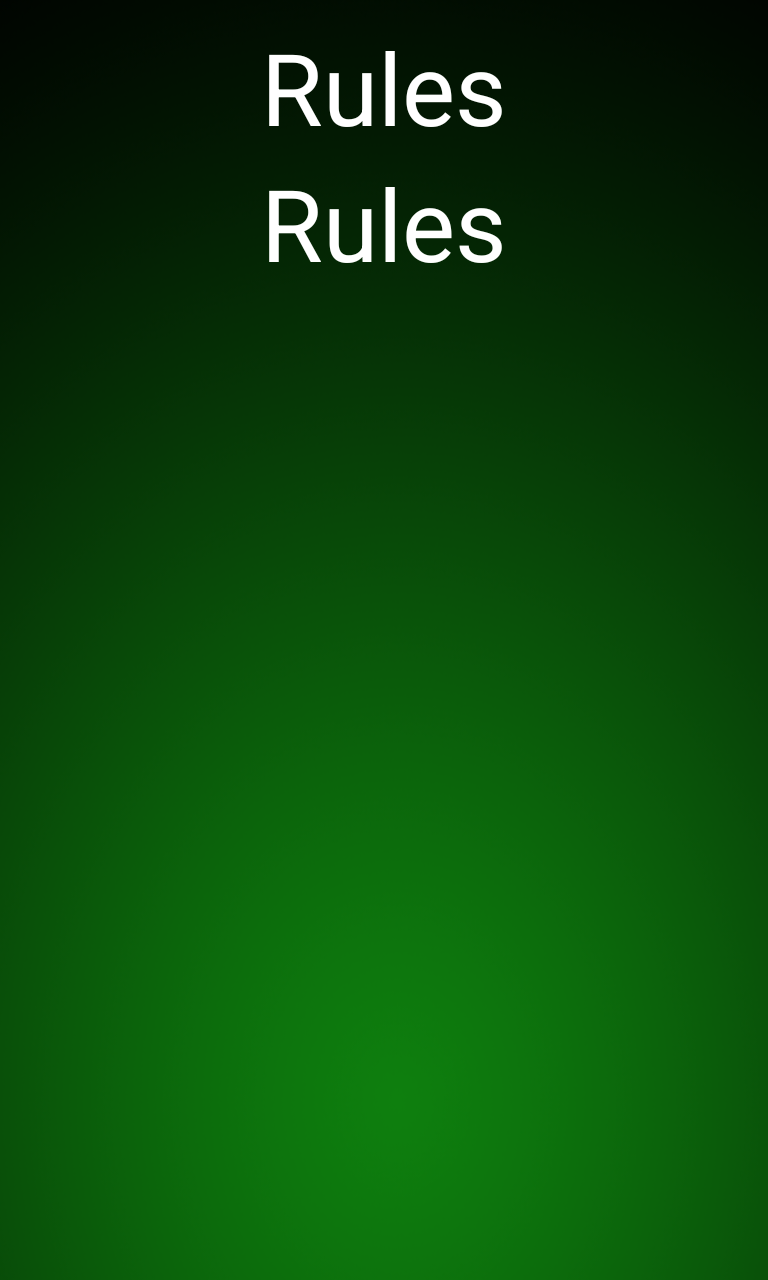
Repository: jwu14/AAProductions
Layout: EgyptianRatscrew/res/layout/activity_rules.xml
An editor plug-in stored every save of this project. The layout is shown before and after the next save, followed by the edit.
It is drawn on a 768 x 1280 px phone screen (xhdpi) without system bars, with theme AppTheme; the app's code is not run.

Above is the layout before, as saved 2013-03-06 21:01:39.

After the next save:
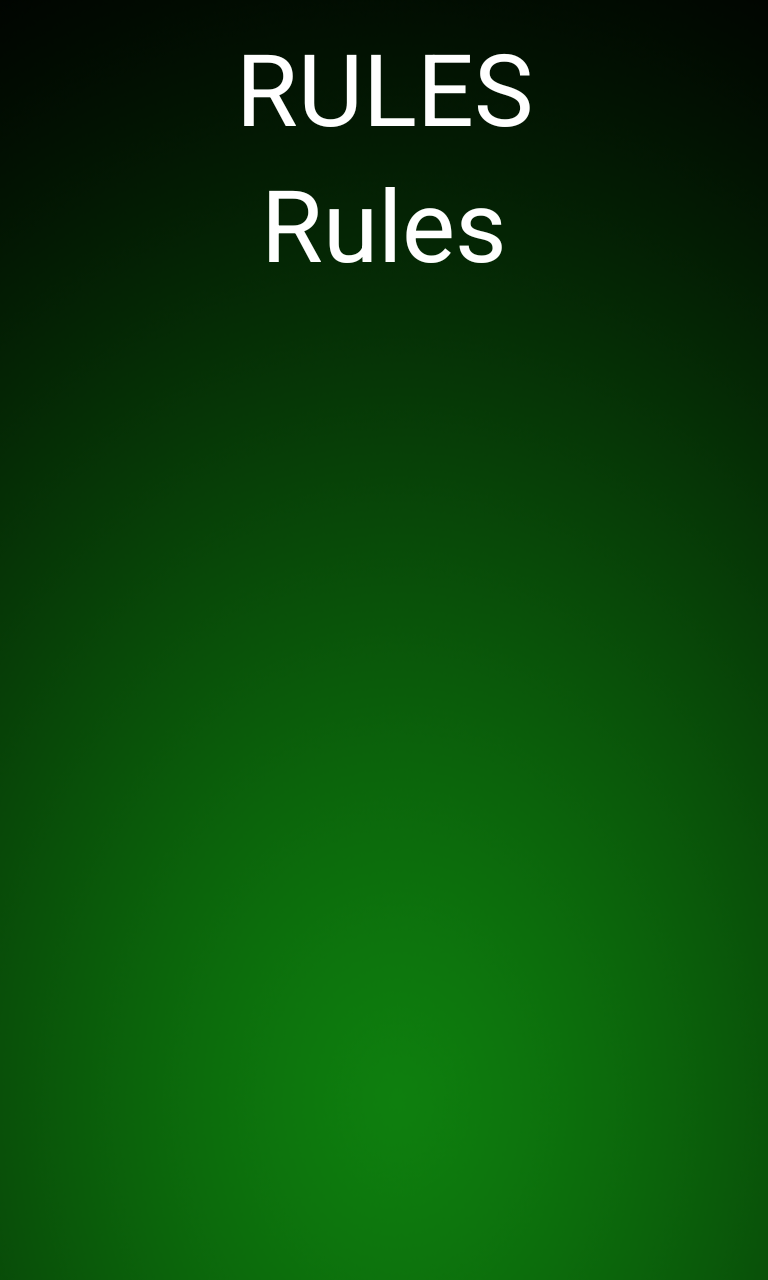
Saved 34 s later.
--- a/EgyptianRatscrew/res/layout/activity_rules.xml
+++ b/EgyptianRatscrew/res/layout/activity_rules.xml
@@ -15,7 +15,7 @@
         android:layout_height="68dp"
         android:clickable="false"
         android:gravity="center_horizontal"
-        android:text="Rules"
+        android:text="@string/rules"
         android:textColor="#FFFFFF"
         android:textSize="50sp" />
 

After the save that followed:
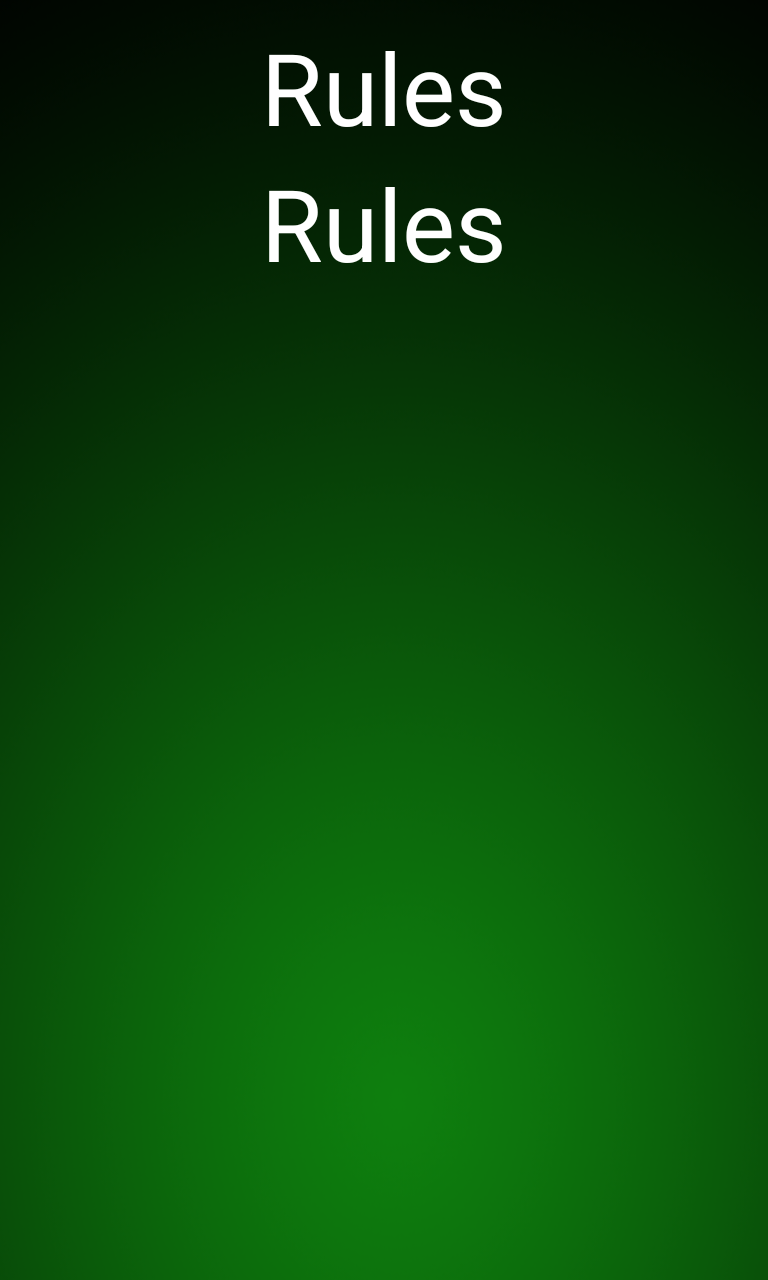
Saved 14 s later.
--- a/EgyptianRatscrew/res/layout/activity_rules.xml
+++ b/EgyptianRatscrew/res/layout/activity_rules.xml
@@ -15,7 +15,7 @@
         android:layout_height="68dp"
         android:clickable="false"
         android:gravity="center_horizontal"
-        android:text="@string/rules"
+        android:text="Rules"
         android:textColor="#FFFFFF"
         android:textSize="50sp" />
 
